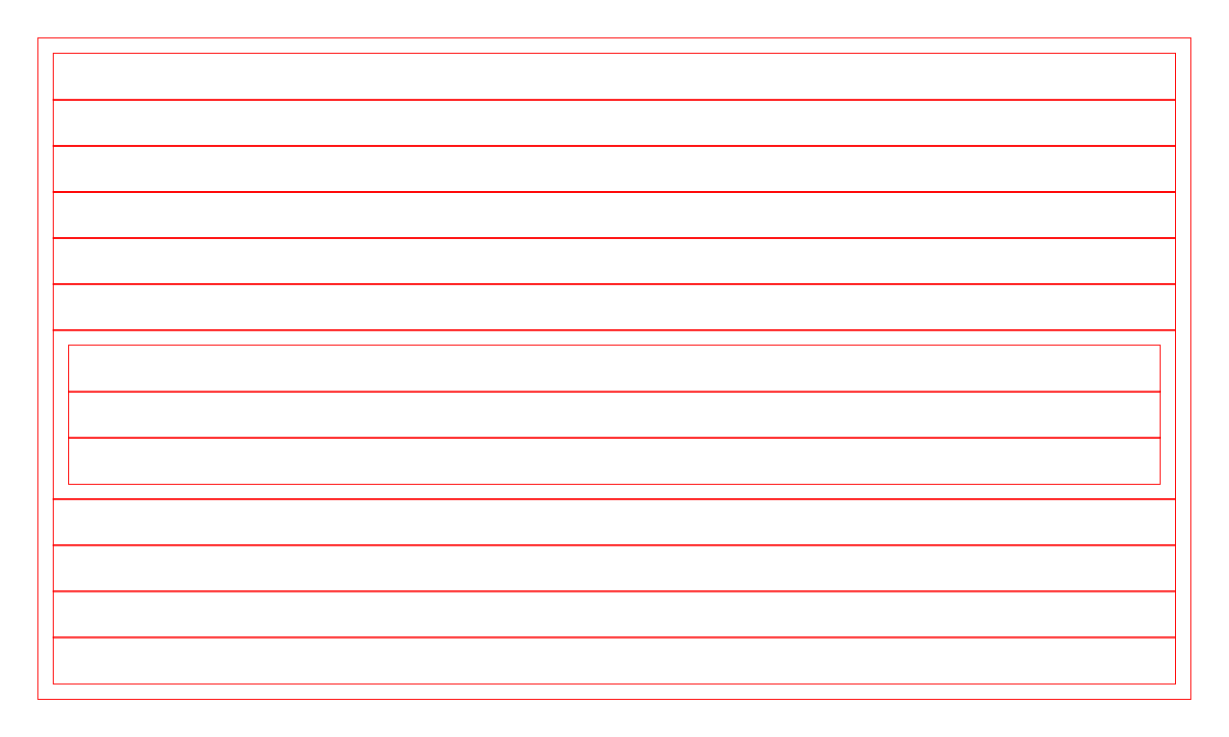
Repository: JacobSkilling-dot/Project1-Blog
Page: Week3-Blog.html
These files come from the project's save history. The page is drawn as it stood at one moment and after the next save; the edit follows.
The browser window is 1280 px wide. The pictures show the whole page, at 96% of full size.

Above is the page before, as saved 2023-01-18 15:53:36.

### Week3-Blog.html
<!DOCTYPE html>
<html lang="en">
<head>
    <meta charset="UTF-8">
    <meta http-equiv="X-UA-Compatible" content="IE=edge">
    <meta name="viewport" content="width=device-width, initial-scale=1.0">
    <title>Website Template</title>
    <link rel="stylesheet" href="style.css">
</head>
<body>
    <div class="main-content">
    <div class="logo"></div>
        <div class="search-bar"></div>
        <div class="social1"></div>
        <div class="social2"></div>
        <div class="social3"></div>
        <div class="pages"></div>

        <div class="images">
        <div class="large-img1"></div>
        <div class="large-img2"></div>
        <div class="large-img3"></div>
        </div>

        <div class="header1"></div>
        <div class="body-text1"></div>


        <div class="header2"></div>
        <div class="body-text2"></div>
        </div>


        </style>
    </div>

</body>
</html>

### style.css
* {
    outline: 1px solid rgb(255, 0, 0);
    padding: 1rem;
    min-height: 1rem;
}

html, body, grammarly-desktop-integration {
    outline: none;
}

After the next save:
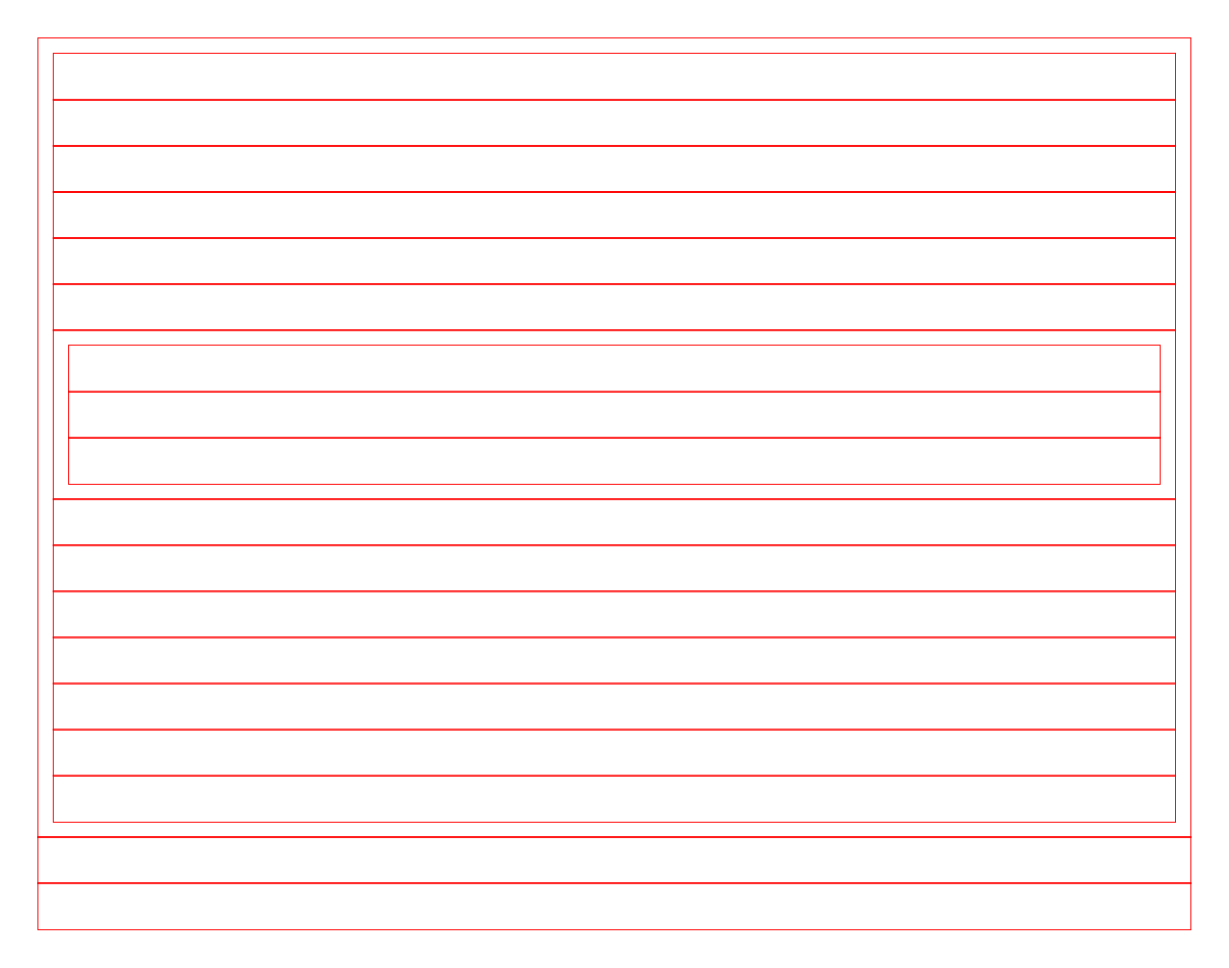
Saved 67 s later.
--- a/Week3-Blog.html
+++ b/Week3-Blog.html
@@ -24,6 +24,12 @@
 
         <div class="header1"></div>
         <div class="body-text1"></div>
+        <div class="larger-img1"></div>
+        <div class="small-image1"></div>
+        <div class="small-image2"></div>
+        <div class="small-image3"></div>
+        <div class="small-image4"></div>
+        </div>
 
 
         <div class="header2"></div>
